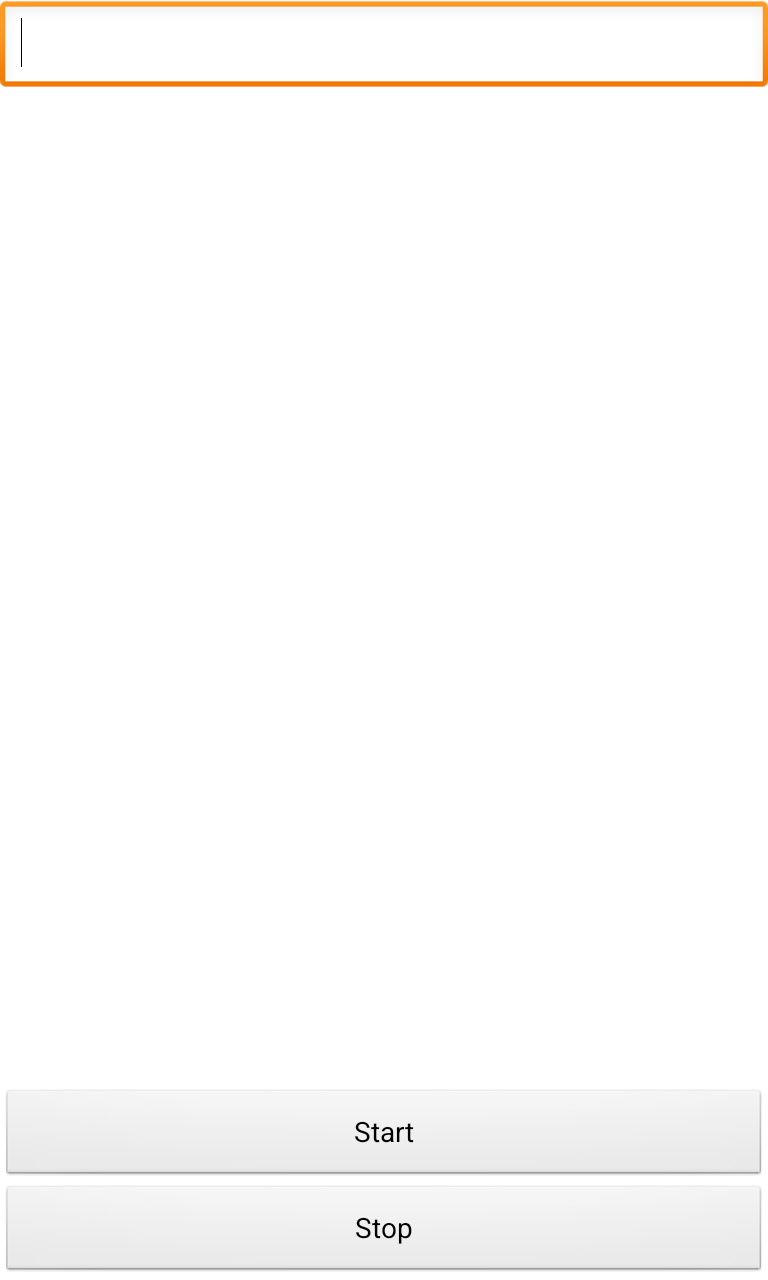
Repository: agejku/Embedded-Systems
Layout: Positionsensor/res/layout/main.xml
The author's editor kept a copy of each file at every save. The layout is drawn from the files as they stood at one save, then again after the next save.
It is drawn on a 768 x 1280 px phone screen (xhdpi) without system bars, with theme AppTheme; the app's code is not run.

Above is the layout before, as saved 2014-04-23 16:13:36.

### Positionsensor/res/layout/main.xml
<?xml version="1.0" encoding="utf-8"?>
<RelativeLayout xmlns:android="http://schemas.android.com/apk/res/android"
    android:id="@+id/NetNumber1"
    android:layout_width="fill_parent"
    android:layout_height="match_parent"
    android:orientation="vertical" >



    <Button
        android:id="@+id/btnStopService"
        android:layout_width="fill_parent"
        android:layout_height="wrap_content"
        android:layout_alignParentBottom="true"
        android:layout_alignParentLeft="true"
        android:onClick="stopService"
        android:text="@string/stop_service" />

    <Button
        android:id="@+id/btnStartService"
        android:layout_width="fill_parent"
        android:layout_height="wrap_content"
        android:layout_above="@+id/btnStopService"
        android:layout_alignParentLeft="true"
        android:onClick="startService"
        android:text="@string/start_service" />

    <EditText
        android:id="@+id/network1"
        android:layout_width="wrap_content"
        android:layout_height="wrap_content"
        android:layout_alignParentLeft="true"
        android:layout_alignParentRight="true"
        android:layout_alignParentTop="true"
        android:ems="10"
        android:inputType="textMultiLine" >

        <requestFocus />
    </EditText>

</RelativeLayout>

### Positionsensor/res/values/strings.xml
<resources>

    <string name="app_name">Positionsensor</string>
    <string name="menu_settings">Settings</string>
    <string name="title_activity_main">Positionsensor</string>
    <string name="start_service">Start</string>
    <string name="stop_service">Stop</string>
    <string name="start_rssi">Values</string>
    <string name="network1">Press start</string>


</resources>

Loaded but not shown: Positionsensor/res/values/styles.xml (common file)

After the next save:
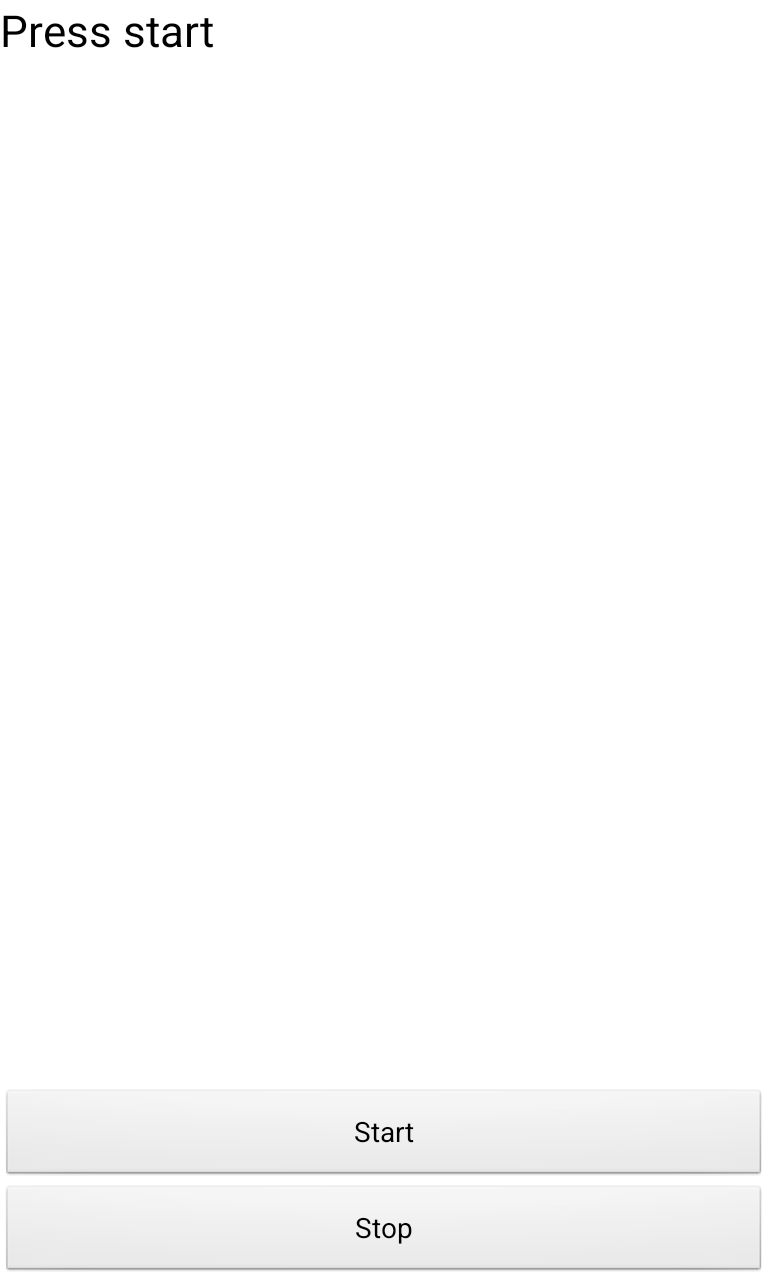
Saved 2 min 16 s later.
--- a/Positionsensor/res/layout/main.xml
+++ b/Positionsensor/res/layout/main.xml
@@ -25,17 +25,23 @@
         android:onClick="startService"
         android:text="@string/start_service" />
 
-    <EditText
-        android:id="@+id/network1"
+    <RelativeLayout
         android:layout_width="wrap_content"
         android:layout_height="wrap_content"
         android:layout_alignParentLeft="true"
         android:layout_alignParentRight="true"
-        android:layout_alignParentTop="true"
-        android:ems="10"
-        android:inputType="textMultiLine" >
+        android:layout_alignParentTop="true" >
 
-        <requestFocus />
-    </EditText>
+        <TextView
+            android:id="@+id/network1"
+            android:layout_width="wrap_content"
+            android:layout_height="wrap_content"
+            android:layout_alignParentLeft="true"
+            android:layout_alignParentRight="true"
+            android:layout_alignParentTop="true"
+            android:text="@string/network1"
+            android:textAppearance="?android:attr/textAppearanceLarge" />
+
+    </RelativeLayout>
 
 </RelativeLayout>
